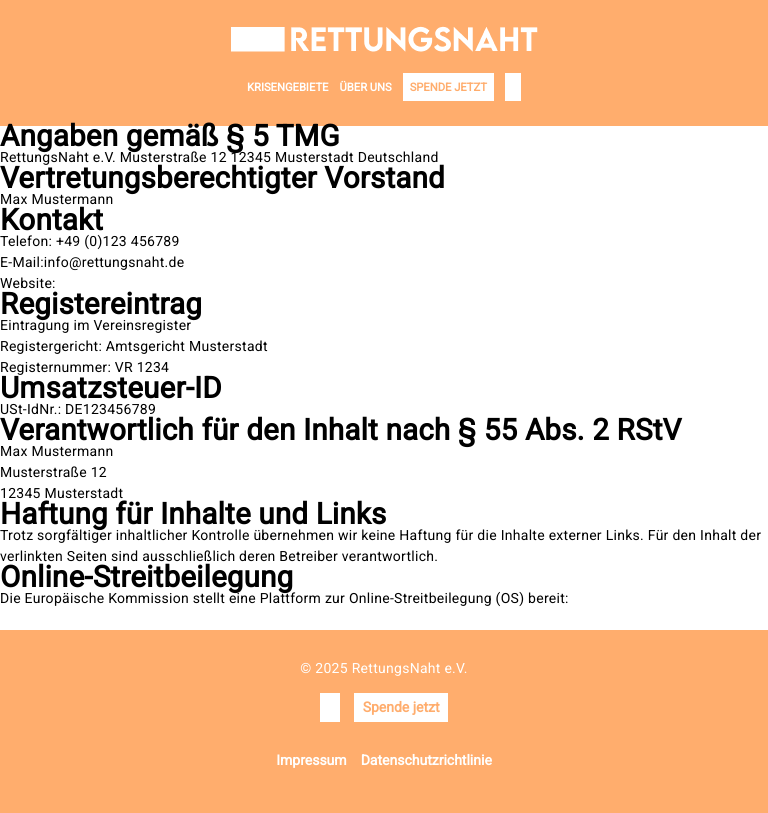
Repository: chriZVee/rettungsnaht
Page: /imprint
These files come from the project's save history. The page is drawn as it stood at one moment and after the next save; the edit follows.
The browser window is 768 px wide. The pictures show the whole page.
The project was rebuilt for these pictures with package versions that can differ from the ones it lists, and the page was loaded fresh each time. Also part of the build but not shown: vite.config.js, src/index.css, src/styles/hero.css, src/components/Hero.jsx, src/styles/form.css, src/components/form/AreaSelection.jsx, src/components/form/ContactData.jsx, src/components/form/DonationMethod.jsx and 15 more.

Above is the page before, as saved 2025-04-14 12:17:14.

After the next save:
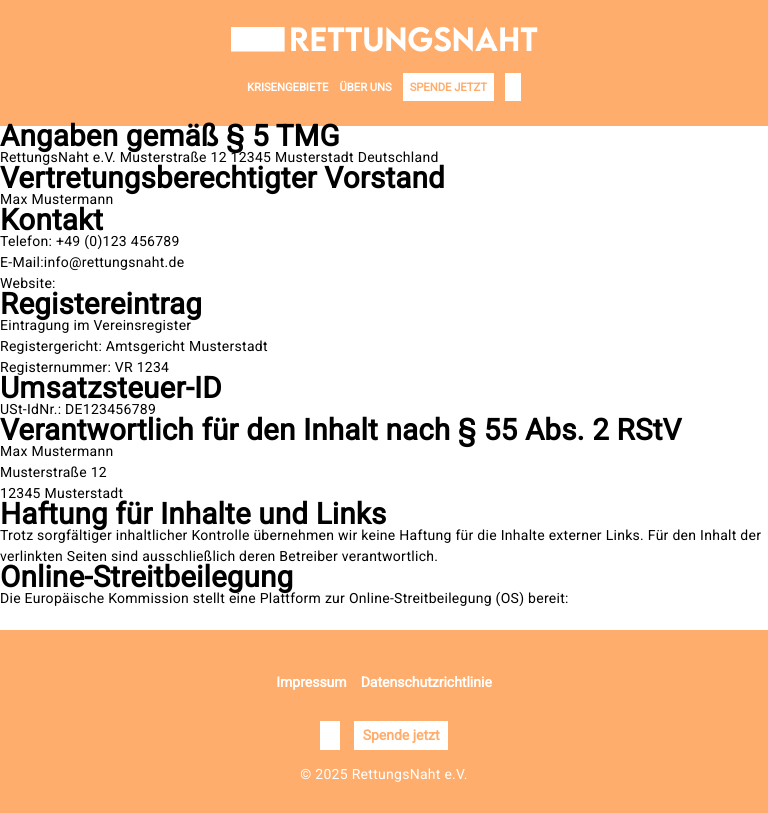
Saved 57 s later.
--- a/src/styles/footer.css
+++ b/src/styles/footer.css
@@ -57,7 +57,7 @@ section.footer {
     gap: 1em;
   }
   section.footer {
-    flex-direction: column;
+    flex-direction: column-reverse;
     justify-content: center;
     max-height: none;
     gap: 0;
